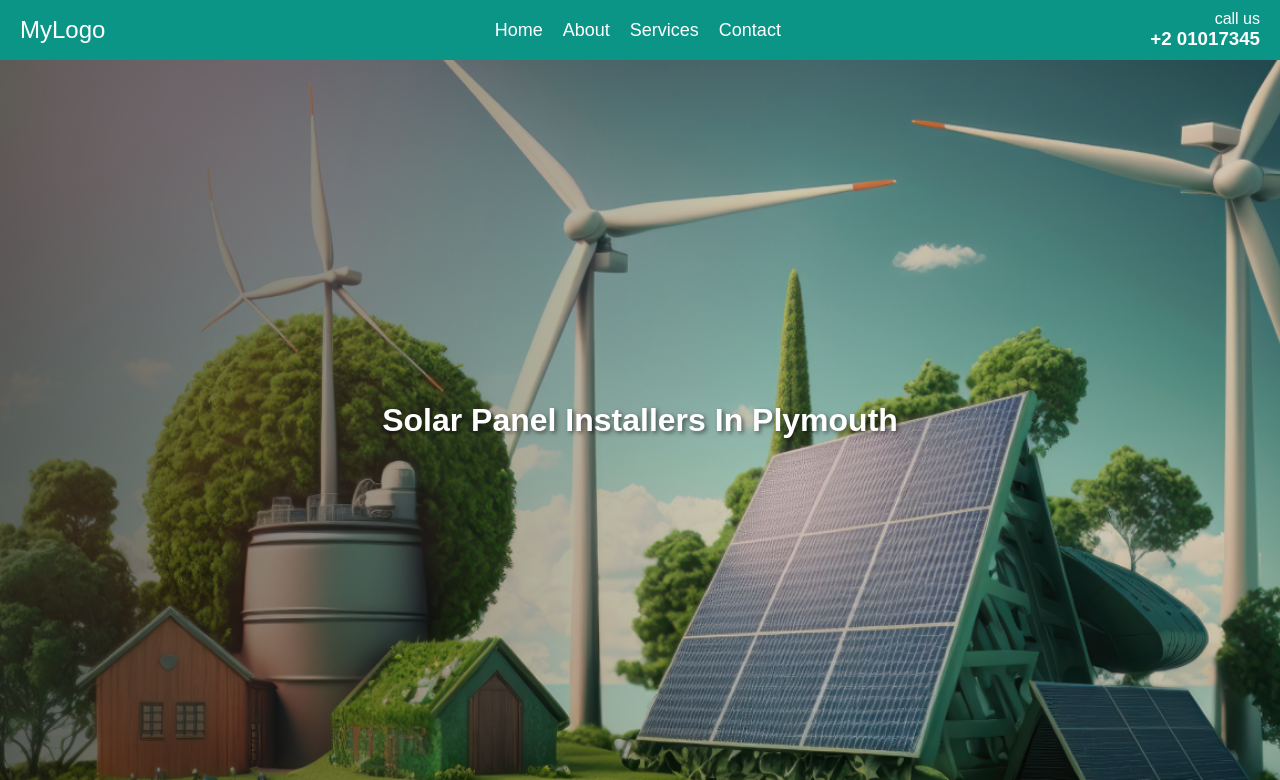
Repository: MaramNabil872/Landing-Page
Page: landingPage.html
An editor plug-in stored every save of this project. The page is shown before and after a run of saves, followed by the edit.
The browser window is 1280 px wide. The pictures show the whole page.

Above is the page before, as saved 2024-10-20 20:19:15.

### landingPage.html
<!DOCTYPE html>
<html lang="en">
<head>
  <meta charset="UTF-8">
  <meta name="viewport" content="width=device-width, initial-scale=1.0">
  <title>Landing Page</title>
  <link rel="stylesheet" href="landingPage.css">
</head>
<body>
    <nav class="navbar">
        <div class="logo">MyLogo</div>

        <ul class="nav-links">
          <li><a href="#home">Home</a></li>
          <li><a href="#about">About</a></li>
          <li><a href="#services">Services</a></li>
          <li><a href="#contact">Contact</a></li>
        </ul>
        <div class="call">
            <p>call us</p>
            <h3>+2 01017345</h3>
        </div>
      </nav>


      <div class="image-container">
        <img src="images/solar-panels-meadow 1.png" alt="Background Image" class="background-image">
        <div class="text-overlay">Solar Panel Installers In Plymouth</div>
      </div>



    </body>
    </html>

### landingPage.css
* {
    margin: 0;
    padding: 0;
    box-sizing: border-box; /* Added for consistent sizing */
}

body {
    font-family: Arial, sans-serif;
}

.navbar {
    background-color: #0b9586;
    display: flex;
    justify-content: space-between;
    align-items: center;
    padding: 10px 20px;
    position: relative;
    flex-wrap: wrap; /* Allow items to wrap on smaller screens */
}

.logo {
    color: #fff;
    font-size: 24px;
}

.nav-links {
    list-style: none;
    display: flex;
    flex-wrap: wrap; /* Allow links to wrap on smaller screens */
}

.nav-links li {
    margin-left: 20px;
}

.nav-links a {
    text-decoration: none;
    color: white;
    font-size: 18px;
    transition: color 0.3s;
}

.nav-links a:hover {
    color: #f0a500;
}

.call {
    color: #fff;
    text-align: right; /* Align text to the right */
}

.image-container {
    position: relative;
    width: 100%;
    height: 100vh; /* Full screen height */
    overflow: hidden; /* Hide overflow */
}

.background-image {
    width: 100%;
    height: 100%;
    object-fit: cover; /* Ensure the image covers the entire container */
}

.text-overlay {
    position: absolute;
    top: 50%;
    left: 50%;
    transform: translate(-50%, -50%);
    color: white;
    font-size: 2rem;
    font-weight: bold;
    text-shadow: 2px 2px 4px rgba(0, 0, 0, 0.5);
}

/* Media Queries for Responsiveness */
@media (max-width: 768px) {
    .navbar {
        flex-direction: column; /* Stack items vertically */
        align-items: flex-start; /* Align items to the left */
    }

    .nav-links {
        margin-top: 10px; /* Space between navbar and links */
    }

    .nav-links li {
        margin-left: 0;
        margin-bottom: 10px; /* Space between links */
    }

    .text-overlay {
        font-size: 1.5rem; /* Smaller text size for mobile */
    }
}

@media (max-width: 480px) {
    .text-overlay {
        font-size: 1.2rem; /* Even smaller text size for very small screens */
    }

    .call h3 {
        font-size: 1.2rem; /* Adjust call size for small screens */
    }
}

After the next 2 saves:
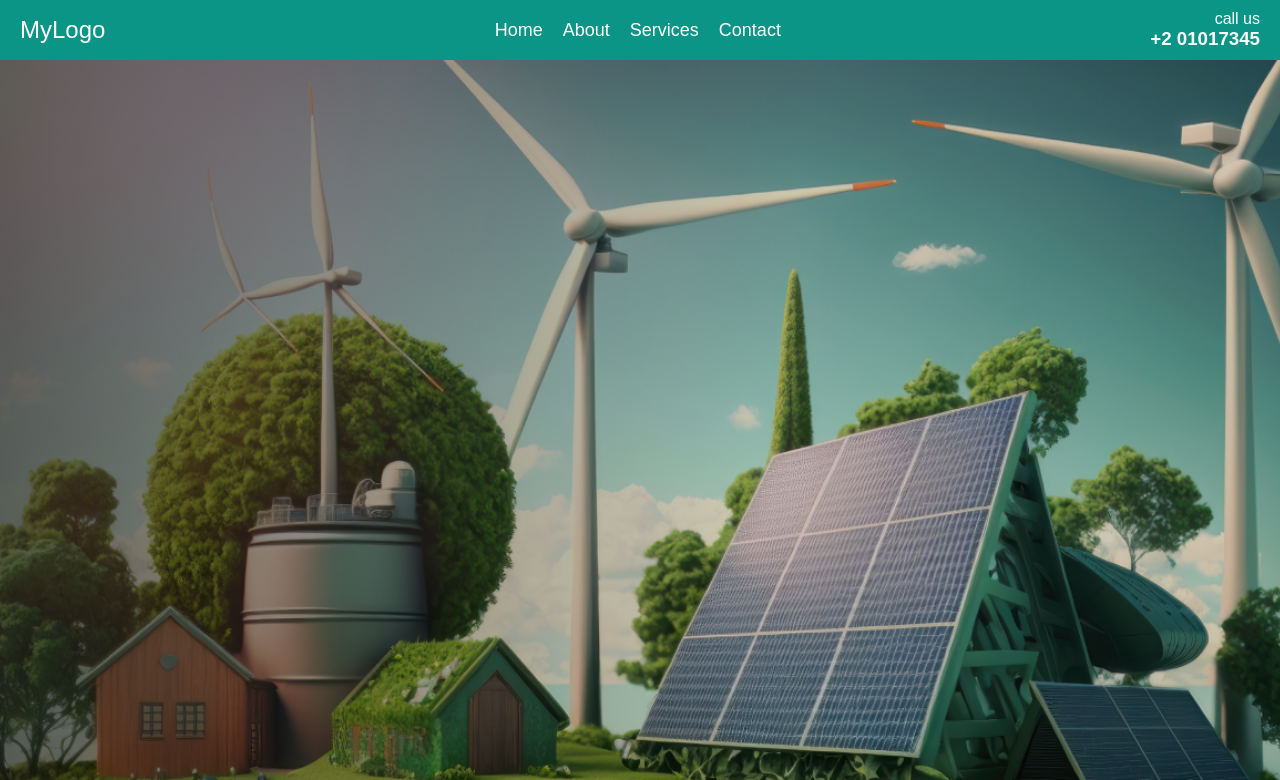
The 2 saves are shown as one change because they came seconds apart.
The last was saved 10 s later.
--- a/landingPage.html
+++ b/landingPage.html
@@ -25,7 +25,7 @@
 
       <div class="image-container">
         <img src="images/solar-panels-meadow 1.png" alt="Background Image" class="background-image">
-        <div class="text-overlay">Solar Panel Installers In Plymouth</div>
+        <div>Solar Panel Installers In Plymouth</div>
       </div>
 
 
